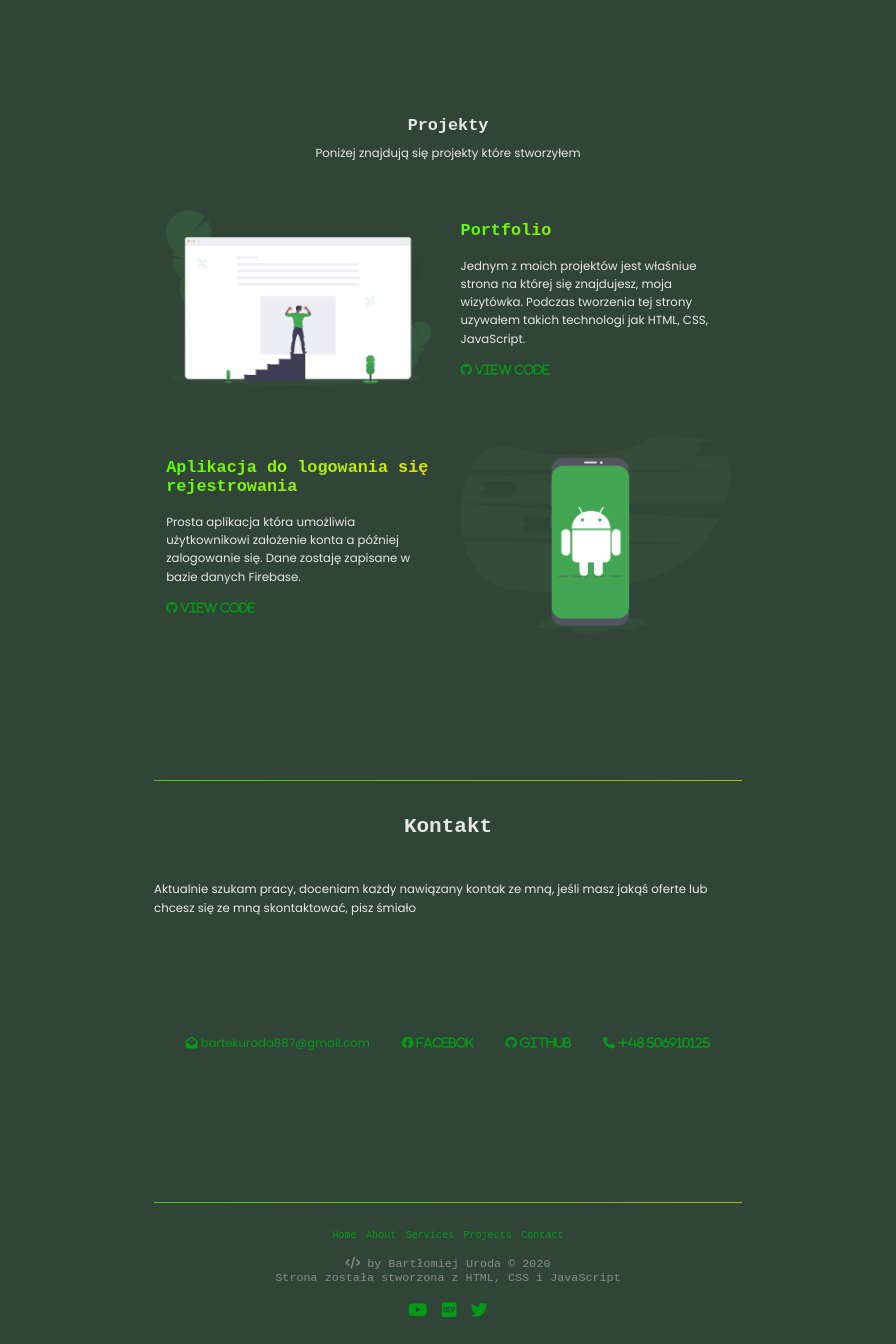
Repository: BartekUroda/portfolio
Page: index.html
The author's editor kept a copy of each file at every save. The page is drawn from the files as they stood at one save, then again after the next save.
The browser window is 1280 px wide. The pictures show the part of the page from y = 2036 to 3956 px (the page is 3956 px tall), at 70% of full size.
Some web fonts or font styles are not loaded; a fallback is used. Some web libraries are served in a nearby version.

Above is the page before, as saved 2020-10-27 22:34:45.

After the next save:
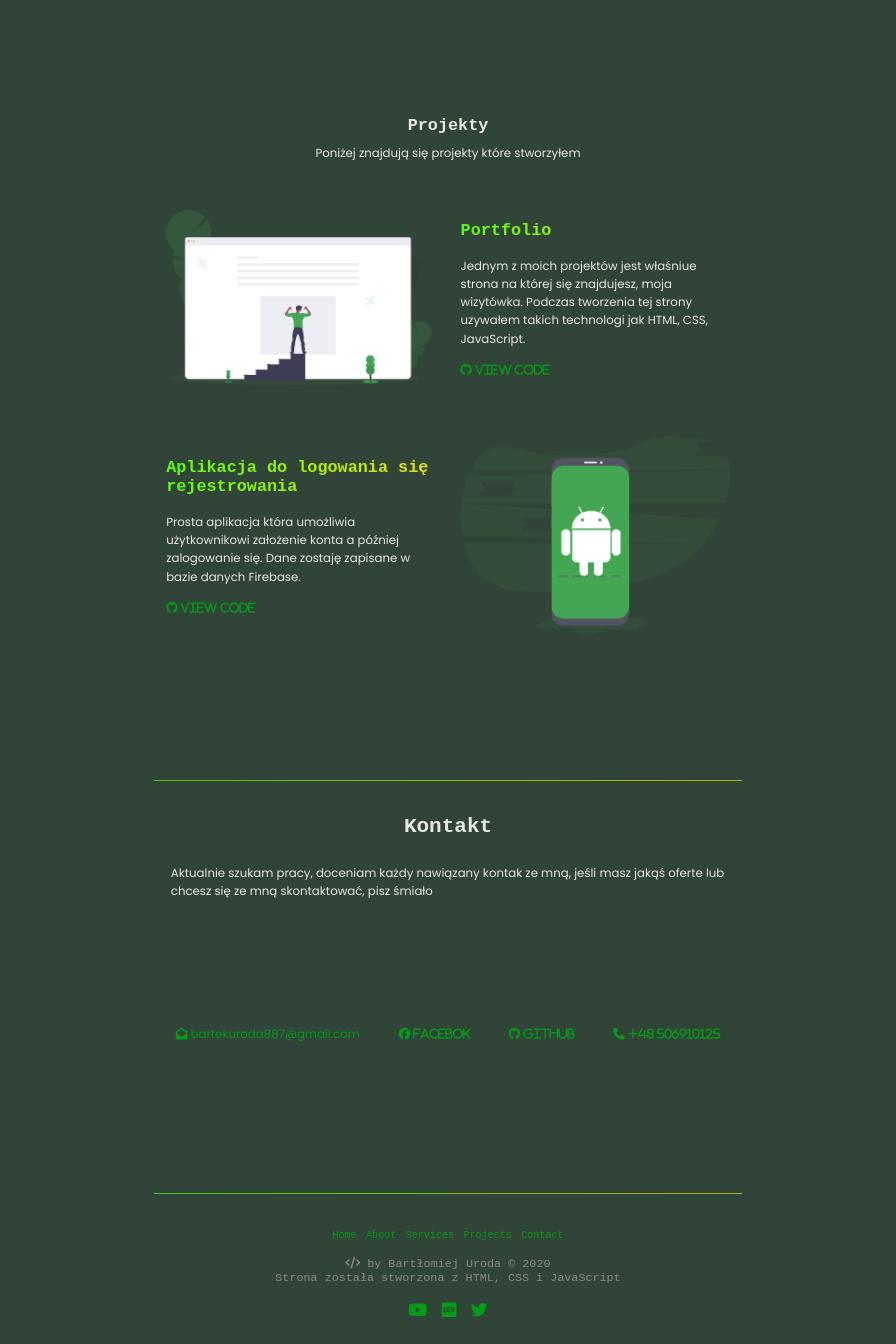
Saved 12 s later.
--- a/css/style.css
+++ b/css/style.css
@@ -418,13 +418,13 @@ hr {
 .contact h2 {
     text-align: center;
     font-size: 2.5rem;
-    margin-bottom: 5rem;
+    margin-bottom: 3rem;
 }
 .contact p {
     font-family: "Poppins", sans-serif;
     font-size: 1.4rem;
     padding: 0;
-
+    margin: 0.9rem 2rem;
 }
 .contact .container {
     min-height: 50vh;
